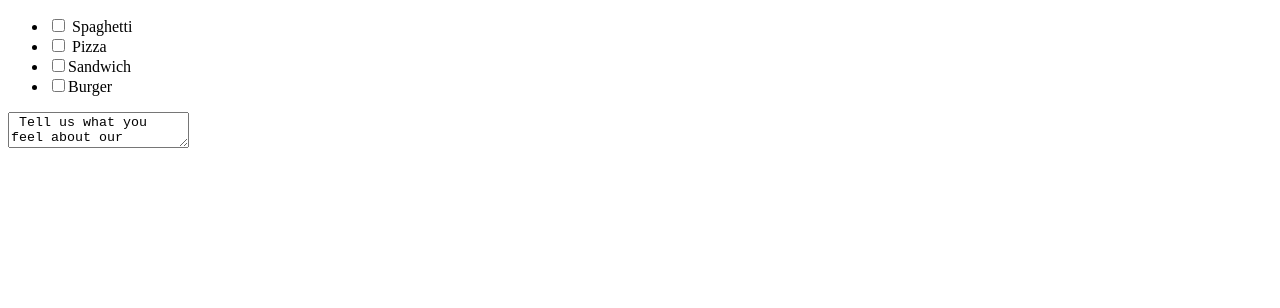
Repository: wakoya-tech/Node.js
Page: Desktop/Node-js/okey.html
These files come from the project's save history. The page is drawn as it stood at one moment and after the next save; the edit follows.
The browser window is 1280 px wide. The pictures show the whole page.

Above is the page before, as saved 2025-11-13 15:32:43.

### Desktop/Node-js/okey.html
<!DOCTYPE html>
<html lang="en">
<head>
    <meta charset="UTF-8">
    <meta name="viewport" content="width=device-width, initial-scale=1.0">
    <title>Document</title>
</head>
<body>
    <ul>
        <li><input type="checkbox" name="genre" value=" spaghetti ">
        Spaghetti</li>
        <li><input type="checkbox" name="genre" value="pizza"> Pizza</li>
        <li><input type="checkbox" name="genre" value="sandwich">Sandwich </li>
        <li><input type="checkbox" name="genre" value="Burger">Burger</li>
        </ul>
    <textarea name="comment"> Tell us what you feel about our tutorial with 50 words or less. </textarea>
</body>
</html>

After the next save:
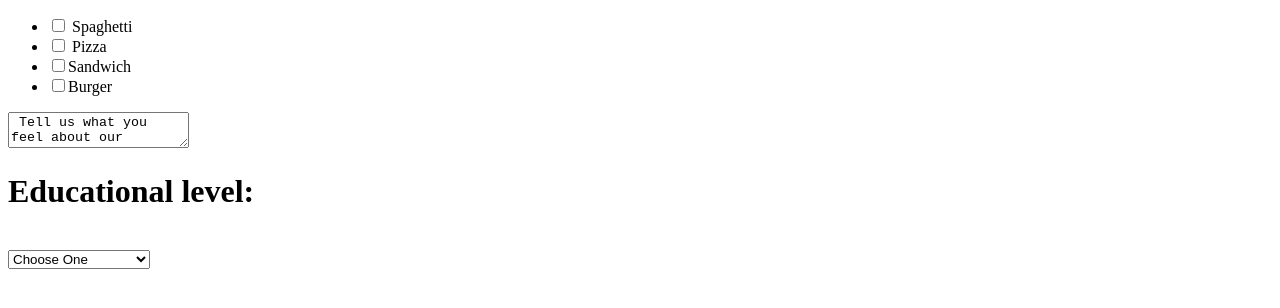
Saved 63 s later.
--- a/Desktop/Node-js/okey.html
+++ b/Desktop/Node-js/okey.html
@@ -13,6 +13,18 @@
         <li><input type="checkbox" name="genre" value="sandwich">Sandwich </li>
         <li><input type="checkbox" name="genre" value="Burger">Burger</li>
         </ul>
+
+
     <textarea name="comment"> Tell us what you feel about our tutorial with 50 words or less. </textarea>
+
+   <h1> Educational level: </h1> <br>
+<select name="degree">
+<option>Choose One</option>
+<option>Some High School</option>
+<option>High School Degree</option>
+<option>Some College</option>
+<option>Bachelor's Degree</option>
+<option>Doctorate</option>
+</select>
 </body>
 </html>
